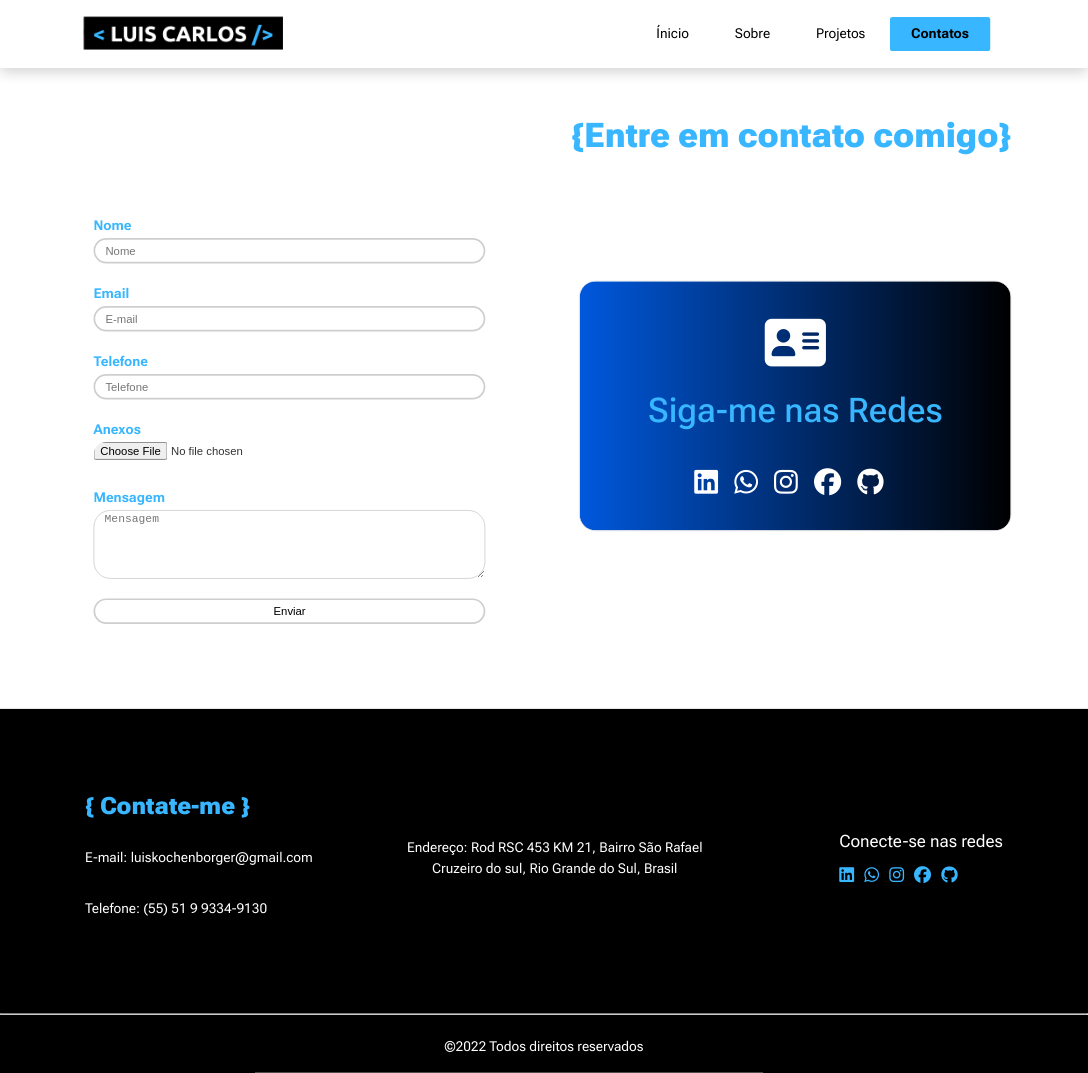
Repository: Iluiscarlos/SitePortifolio
Page: contacts.html
The author's editor kept a copy of each file at every save. The page is drawn from the files as they stood at one save, then again after the next save.
The browser window is 1280 px wide. The pictures show the whole page, at 85% of full size.
Some web libraries are served in a nearby version.

Above is the page before, as saved 2022-05-25 19:59:47.

### contacts.html
<!DOCTYPE html>
<html lang="pt-BR">

<head>
    <meta charset="UTF-8">
    <meta name="viewport" content="width=device-width, initial-scale=1.0">
    <meta http-equiv="X-UA-Compatible" content="ie=edge">
    <title>Luís Carlos</title>
    <link rel="stylesheet" href="Styles/base/reset.css">
    <link rel="stylesheet" href="Styles/base/variables.css">
    <link rel="stylesheet" href="Styles/base/base.css">
    <link rel="stylesheet" href="Styles/layout/header.css">
    <link rel="stylesheet" href="Styles/layout/about.css">
    <link rel="stylesheet" href="Styles/layout/footer.css">
    <link rel="stylesheet" href="Styles/layout/contacts.css">
    <link rel="stylesheet" href="Styles/components/icon.css">
    <script src="https://kit.fontawesome.com/2c48374459.js" crossorigin="anonymous"></script>
    <link rel="preconnect" href="https://fonts.googleapis.com">
    <link rel="preconnect" href="https://fonts.gstatic.com" crossorigin>
    <link
        href="https://fonts.googleapis.com/css2?family=Roboto+Flex:opsz,wght@8..144,100;8..144,200;8..144,300;8..144,400;8..144,500;8..144,600;8..144,700;8..144,800;8..144,900&display=swap"
        rel="stylesheet">
</head>

<body>
    <header class="header">
        <div class="container">
            <img src="icons/logo.png" class="header__logo">
            <nav class="menu__item">
                <a href="index.html" class="menu__item">Ínicio</a>
                <a href="about.html" class="menu__item">Sobre</a>
                <a href="projects.html" class="menu__item">Projetos</a>
                <a href="contacts.html" target="_self" class=" menu__item menu__item--active">Contatos</a>
            </nav>
        </div>
    </header>
    <main class="container">
        <h1 class="about__tittle">{Entre em contato comigo}</h1>
        <section class="inbox">
            <div class="inbox__add">
                <form>
                    <label for=name>Nome</label><br>
                    <input class="form-item" type="text" id="name" name="name" placeholder="Nome">
                    <br>
                    <label for="email">Email</label><br>
                    <input class="form-item" type="email" id="email" name="email" placeholder="E-mail">
                    <br>
                    <label for="phone">Telefone</label><br>
                    <input class="form-item" type="tel" id="phone" name="phone" placeholder="Telefone">
                    <br>
                    <label for="attachments">Anexos</label><br>
                    <input class="form-item" type="file" id="attachments" name="attachments">
                    <br>
                    <label for="message">Mensagem</label><br>
                    <textarea class="form-item" id="message" name="message" rows="5" placeholder="Mensagem"></textarea>
                    <input class="form-item" type="submit" value="Enviar">
                </form>
            </div>
            <div class="social">
                <div class="icon__large">
                    <i class="fa-solid fa-address-card"></i>
                </div>
                <h1 class="subtitle">Siga-me nas Redes</h1>
                <br>
                <br>
                <br>
                <a class="icon__medium" href="https://www.linkedin.com/in/luis-carlos-kochenborger" target="_blank"><i
                        class="fa-brands fa-linkedin"></i></a>
                <a class="icon__medium" href="https://api.whatsapp.com/send?phone=5551993349130&text=Contate-me"
                    target="_blank"><i class="fa-brands fa-whatsapp"></i></a>
                <a class="icon__medium" href="https://www.instagram.com/iluis.kochenborger/" target="_blank"><i
                        class="fa-brands fa-instagram"></i></a>
                <a class="icon__medium" href="https://www.facebook.com/luiscarlos.kochenborger/" target="_blank"><i
                        class="fa-brands fa-facebook"></i></a>
                <a class="icon__medium" href="https://github.com/Iluiscarlos" target="_blank"><i
                        class="fa-brands fa-github"></i></a>
            </div>
        </section>

    </main>
    <footer>
        <section class="andress">
            <div class="andress__contacts">
                <h1 class="andress__contacts-tittle">{ Contate-me }</h1>
                <a class="contacts" href="mailto:luiskochenborger@gmail.com">E-mail: luiskochenborger@gmail.com</a>
                <a class="contacts" href="tel:+55051993349130">Telefone: (55) 51 9 9334-9130</a>
            </div>
            <address class="andress__add">
                Endereço: Rod RSC 453 KM 21, Bairro São Rafael<br>
                Cruzeiro do sul, Rio Grande do Sul, Brasil
            </address>
            <div class="andress__rede">
                <h1 id="andress__rede">Conecte-se nas redes</h1>
                <br>
                <a class="icon__small" href="https://www.linkedin.com/in/luis-carlos-kochenborger" target="_blank"><i
                        class="fa-brands fa-linkedin"></i></a>
                <a class="icon__small" href="https://api.whatsapp.com/send?phone=5551993349130&text=Contate-me"
                    target="_blank"><i class="fa-brands fa-whatsapp"></i></a>
                <a class="icon__small" href="https://www.instagram.com/iluis.kochenborger/" target="_blank"><i
                        class="fa-brands fa-instagram"></i></a>
                <a class="icon__small" href="https://www.facebook.com/luiscarlos.kochenborger/" target="_blank"><i
                        class="fa-brands fa-facebook"></i></a>
                <a class="icon__small" href="https://github.com/Iluiscarlos" target="_blank"><i
                        class="fa-brands fa-github"></i></a>
            </div>
        </section>
        <hr>
        <span class="footer__copy">
            &copy;2022 Todos direitos reservados
        </span>
    </footer>
</body>

</html>
</body>

</html>

### Styles/base/variables.css
:root{
    --color-red: #F41B3B;
    --color-green: #1EBC99;
    --color-blue: #38b6ff;
    --color-blue1: #0058dd;
    --color-purple:#6b009d;
    --color-yellow: #F9CC0D;
    --color-white: #ffffff;
    --color-black: #000000;
    --color-black1: #333;
    --color-darken-gray: #363536;
    --color-light-gray: #807E81;
    --color-gray: #4f4e50;
    --color-fa: #fafafa;
    --color-ea: #eaeaea;
    --color-cece: #cecece;

--font-family-Roboto:"Roboto Flex", 'Sans serif';
--font-size-default: 16px;
--border-radius-default:3px;

--font-family-primary: var(--font-family-Roboto);
}

### Styles/base/base.css
body {
    font-family: var(--font-family-primary);
    font-size: var(--font-size-default);
    background-color:  var(--color-white);
    color: var(--color-black1);
}


.divisor{
    size: 1;
    width: 100%;
}

.container {
    width: 1100px;
    max-width: 100%;
    margin-left: auto;
    margin-right: auto;
    margin-bottom: 60px;
  }

### Styles/layout/header.css
.header{
    position: fixed;
    height: 80px;
    font-size: 16px;
    background-color: var(--color-white);
    box-shadow: 0 5px 1em #cecece;
    top: 0;
    left: 0;
    right: 0;
}

.header .container{
    display: flex;
    align-items: center;
    height: 100%;
}
.menu__item{
    display: inline-block;
    padding: 0 25px 0;
    text-decoration: none;
    /*border-right: 2px solid var(--color-blue);*/
    color: var(--color-black);
    margin-left: auto;
}

.menu__item--active{
    color: var(--color-black);
    display: inline-block;
    text-align: center;
    font-weight: bold;
    line-height: 40px;
    border-radius: 3px;
    background: var(--color-blue);
}

/*.menu__item:last-child{
    border-right: none;
}*/

.header__logo{
    width: 250px;
}


@media only screen and (max-width: 480px){
    .header{
    display: block;
    position: fixed;
    top: 60px;
    left: 0;
    right: 0;
    bottom: 0;
    background-color: pink;
    transform: translateX(-100%);

}


    .header__menu::-webkit-scrollbar{
        width: 0;
        height: 0;
    }

    .menu__item{
        display: block;
        margin: 20px 0;
    }

}

### Styles/layout/about.css
.about{
    display: flex;
}

.about__photo{
    width: 400px;
    height: 500px;
    padding-top: 280px;
    padding-right: 50px;
    vertical-align: middle;
    object-fit: cover;
}


.about__tittle{
    color: var(--color-blue);
    font-size: 40px;
    font-weight:900;
    padding-top: 140px;
    text-align: end;
}


.about__content{
    font-family: var(--font-family-primary);
    font-size: 18px;
    padding-top: 30px;
    text-align: justify;
    line-height: 1.25;
}


a{
    text-decoration: none;
}

.bold__blue{
    font-weight: bold;
    color: var(--color-blue);
}

.bold__black{
    font-weight: bold;
    color: var(--color-black);
}


.experience{
    display: flex;
    flex-direction: column;
}

.subtitle{
    color: var(--color-blue);
    font-size: 40px;
    font-weight:500;
    padding-top: 25px;
    text-align: center;
    vertical-align:top;
}

.experience__list{
    text-align: justify;
    font-size: 18px;
    font-weight: 400;
    line-height: 25px;
}

.experience__edu{
    text-align: justify;
    font-size: 18px;
    font-weight: 400;
    line-height: 25px;
}

### Styles/layout/footer.css
footer{
display: block;
background-color: var(--color-black);
}

.andress {
    display: flex;
    height: 350px;
    color: var(--color-white);
    align-items: center;
    justify-content: space-between;
    padding-left: 100px;
}


.andress__contacts{
    display: block;
    font-size: var(--font-size-default);
    line-height: 60px;
}

.andress__contacts-tittle{
    color: var(--color-blue);
    font-size: 28px;
    font-weight: 900;

}


.contacts{
    display: block;
    text-decoration: none;
    color: var(--color-white);
}

.andress__rede{
    display: block;
    font-size: 20px;
    padding-left: 150px;
    padding-right: 100px;
}

.andress__add{
    line-height: 25px;
    padding-left: 100px;
    text-align:center;
}


.footer__copy{
    display: flex;
    height: 60px;
    font-size: var(--font-size-default);
    color: var(--color-white);
    text-align: center;
    justify-content:center;
    align-items: center;
}

### Styles/layout/contacts.css
.inbox{
    display: flex;
    align-items: center;
}

.inbox__add{
    padding-top: 50px;
    width: 50%;
}

.form-item {
    width: 100%;
    min-height: 30px;
    margin-bottom: 20px;
    box-sizing: border-box;
    border-radius: 20px;
    border-style:solid;
    border-color: var(--color-cece);
}

.form__item textarea{
    border-style:solid;
    border-color: var(--color-black);
}
.form-item::placeholder{
    padding-left: 10px;
}

.form-item#attachments{
    border-style: none;
}

form{
   /* box-sizing: border-box;
    background-color: var(--color-fa);
    border: 1px solid var(--color-ea);*/
    padding: 20px;
    border-radius: 6px;
}


label{
    color: var(--color-blue);
    font-weight: bold;
    width: 500px;
    line-height: 30px;

}


input{
    background-color: var(--color-white);
}


.social{
    text-align: center;
    width: 50%;
    box-sizing: border-box;
    padding: 40px;
    margin-left: 90px;
    background-image: linear-gradient(to right, var(--color-blue1), var(--color-black));
    border: 1px solid var(--color-ea);
    border-radius: 20px;
}

.buttom{
    width:40%;
    height:40px;
    font-size: 16px;
    color: var(--color-black);
    background-color: var(--color-blue);
    border-radius:10px;
    margin-top: 20px;
    border-style: none;
    text-decoration: none;
}

### Styles/components/icon.css
.icon__large{
    font-size: 4em;
    color: var(--color-blue1);
    text-align: center;
}

.icon__large:last-child{
    text-align: end;
}

.social .icon__large{
    color: var(--color-white);
}

.icon__medium{
    text-decoration: none;
    font-size: 2em;
    color: var(--color-white);
    letter-spacing: 15px;
}

.icon__small{
    text-decoration: none;
    text-align: end;
    font-size: 1em;
    color: var(--color-blue);
    letter-spacing: 7px;
}

.icon__small i:hover{
    transform: translateX(1px) rotate(10deg) translateY(0.3px) scale(1.2);
    transition-duration: 1000ms;
}

.icon__medium i:hover{
    transform: translateX(1px) rotate(10deg) translateY(0.3px) scale(1.2);
    transition-duration: 1000ms;
}

Loaded but not shown: Styles/base/reset.css (common file)

After the next save:
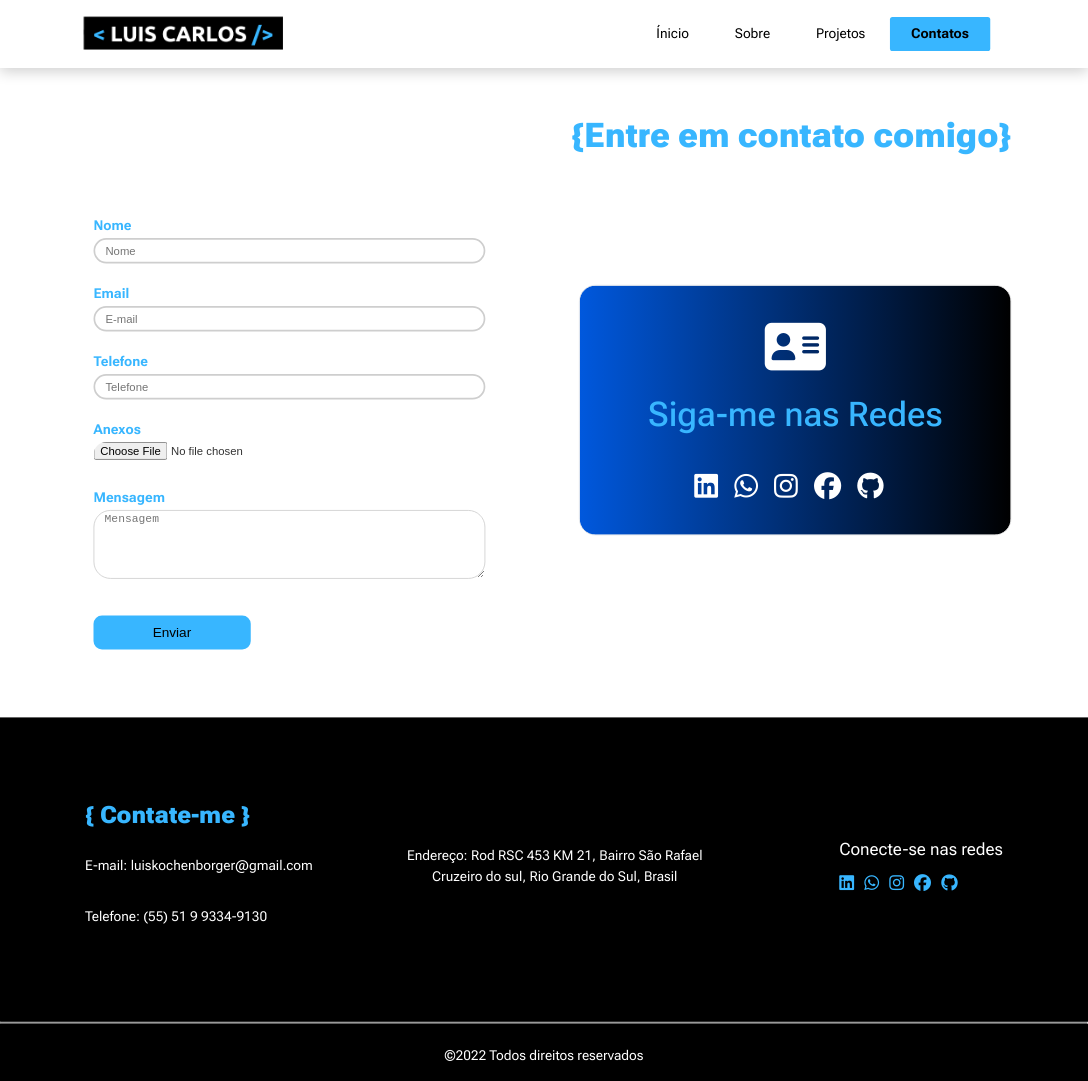
Saved 3 min 46 s later.
--- a/contacts.html
+++ b/contacts.html
@@ -53,7 +53,7 @@
                     <br>
                     <label for="message">Mensagem</label><br>
                     <textarea class="form-item" id="message" name="message" rows="5" placeholder="Mensagem"></textarea>
-                    <input class="form-item" type="submit" value="Enviar">
+                    <a href="contacts.html"><button class="buttom"><b>Enviar</b></button></a>
                 </form>
             </div>
             <div class="social">
